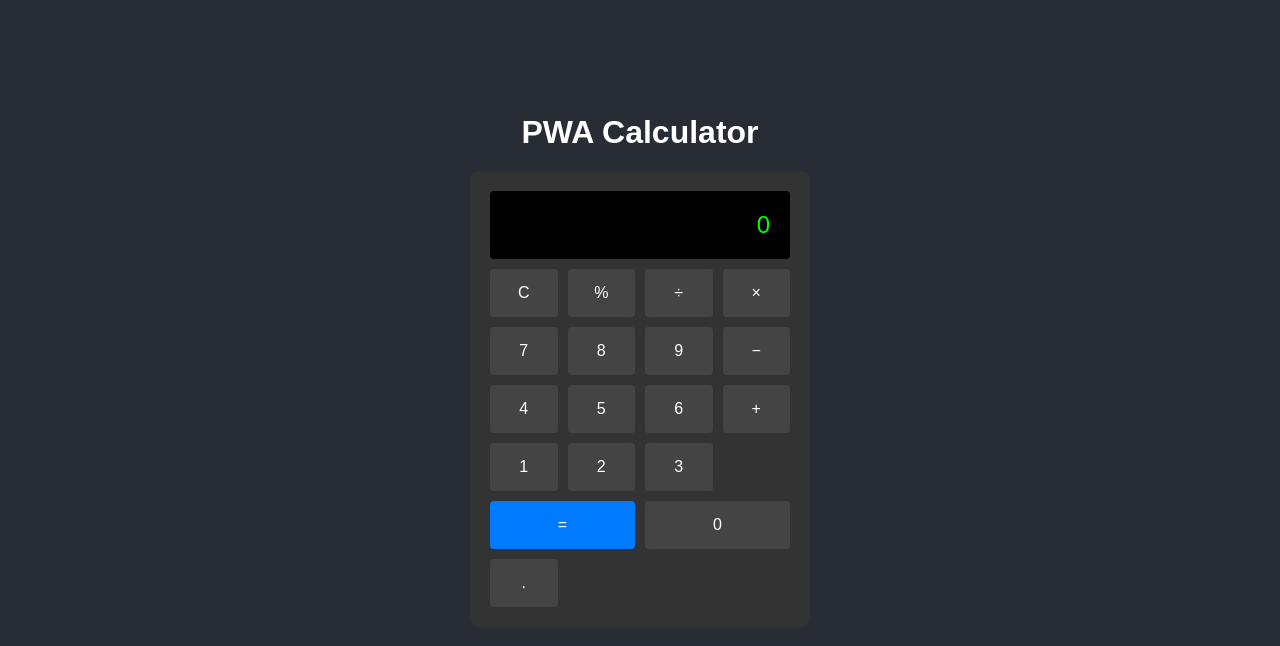
Repository: gloriousnetworker/pwa-calculator
Page: index.html
These files come from the project's save history. The page is drawn as it stood at one moment and after the next save; the edit follows.
The browser window is 1280 px wide. The pictures show the whole page.

Above is the page before, as saved 2024-12-31 18:48:43.

### index.html
<!DOCTYPE html>
<html lang="en">
<head>
  <meta charset="UTF-8">
  <meta name="viewport" content="width=device-width, initial-scale=1.0">
  <link rel="stylesheet" href="style.css">
  <link rel="manifest" href="manifest.json">
  <title>PWA Calculator</title>
</head>
<body>
  <div class="container">
    <h1 class="title">PWA Calculator</h1>
    <div class="calculator">
      <div id="display" class="display">0</div>
      <div class="buttons">
        <button class="btn" onclick="clearDisplay()">C</button>
        <button class="btn" onclick="appendToDisplay('%')">%</button>
        <button class="btn" onclick="appendToDisplay('/')">÷</button>
        <button class="btn" onclick="appendToDisplay('*')">×</button>
        <button class="btn" onclick="appendToDisplay('7')">7</button>
        <button class="btn" onclick="appendToDisplay('8')">8</button>
        <button class="btn" onclick="appendToDisplay('9')">9</button>
        <button class="btn" onclick="appendToDisplay('-')">−</button>
        <button class="btn" onclick="appendToDisplay('4')">4</button>
        <button class="btn" onclick="appendToDisplay('5')">5</button>
        <button class="btn" onclick="appendToDisplay('6')">6</button>
        <button class="btn" onclick="appendToDisplay('+')">+</button>
        <button class="btn" onclick="appendToDisplay('1')">1</button>
        <button class="btn" onclick="appendToDisplay('2')">2</button>
        <button class="btn" onclick="appendToDisplay('3')">3</button>
        <button class="btn equal-btn" onclick="calculateResult()">=</button>
        <button class="btn zero-btn" onclick="appendToDisplay('0')">0</button>
        <button class="btn" onclick="appendToDisplay('.')">.</button>
      </div>
    </div>
  </div>
  <script src="app.js"></script>
</body>
</html>

### style.css
body {
  font-family: 'Arial', sans-serif;
  margin: 0;
  padding: 0;
  display: flex;
  justify-content: center;
  align-items: center;
  background: #282c34;
  color: #ffffff;
  height: 100vh;
}

.container {
  text-align: center;
}

.title {
  margin-bottom: 20px;
  font-size: 2rem;
}

.calculator {
  background: #333;
  padding: 20px;
  border-radius: 8px;
  width: 300px;
}

.display {
  background: #000;
  color: #00ff00;
  text-align: right;
  padding: 20px;
  margin-bottom: 10px;
  font-size: 1.5rem;
  border-radius: 4px;
}

.buttons {
  display: grid;
  grid-template-columns: repeat(4, 1fr);
  gap: 10px;
}

.btn {
  background: #444;
  color: #fff;
  border: none;
  padding: 15px;
  font-size: 1rem;
  border-radius: 4px;
  cursor: pointer;
}

.btn:hover {
  background: #555;
}

.equal-btn {
  grid-column: span 2;
  background: #007BFF;
}

.zero-btn {
  grid-column: span 2;
}

.equal-btn:hover {
  background: #0056b3;
}

### app.js
function appendToDisplay(value) {
  const display = document.getElementById('display');
  if (display.innerText === '0' && value !== '.') {
    display.innerText = value;
  } else {
    display.innerText += value;
  }
}

function clearDisplay() {
  const display = document.getElementById('display');
  display.innerText = '0';
}

function calculateResult() {
  const display = document.getElementById('display');
  try {
    display.innerText = eval(display.innerText.replace('÷', '/').replace('×', '*'));
  } catch (error) {
    display.innerText = 'Error';
  }
}

After the next save:
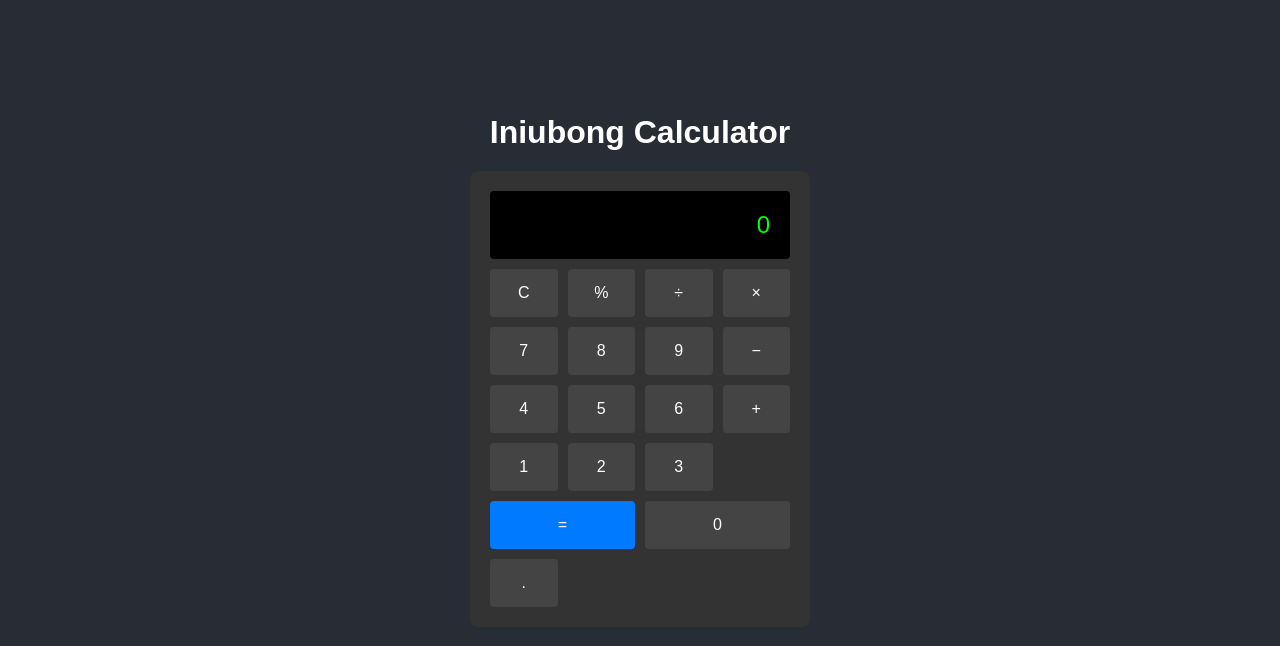
Saved 2 min 59 s later.
--- a/index.html
+++ b/index.html
@@ -9,7 +9,7 @@
 </head>
 <body>
   <div class="container">
-    <h1 class="title">PWA Calculator</h1>
+    <h1 class="title">Iniubong Calculator</h1>
     <div class="calculator">
       <div id="display" class="display">0</div>
       <div class="buttons">
